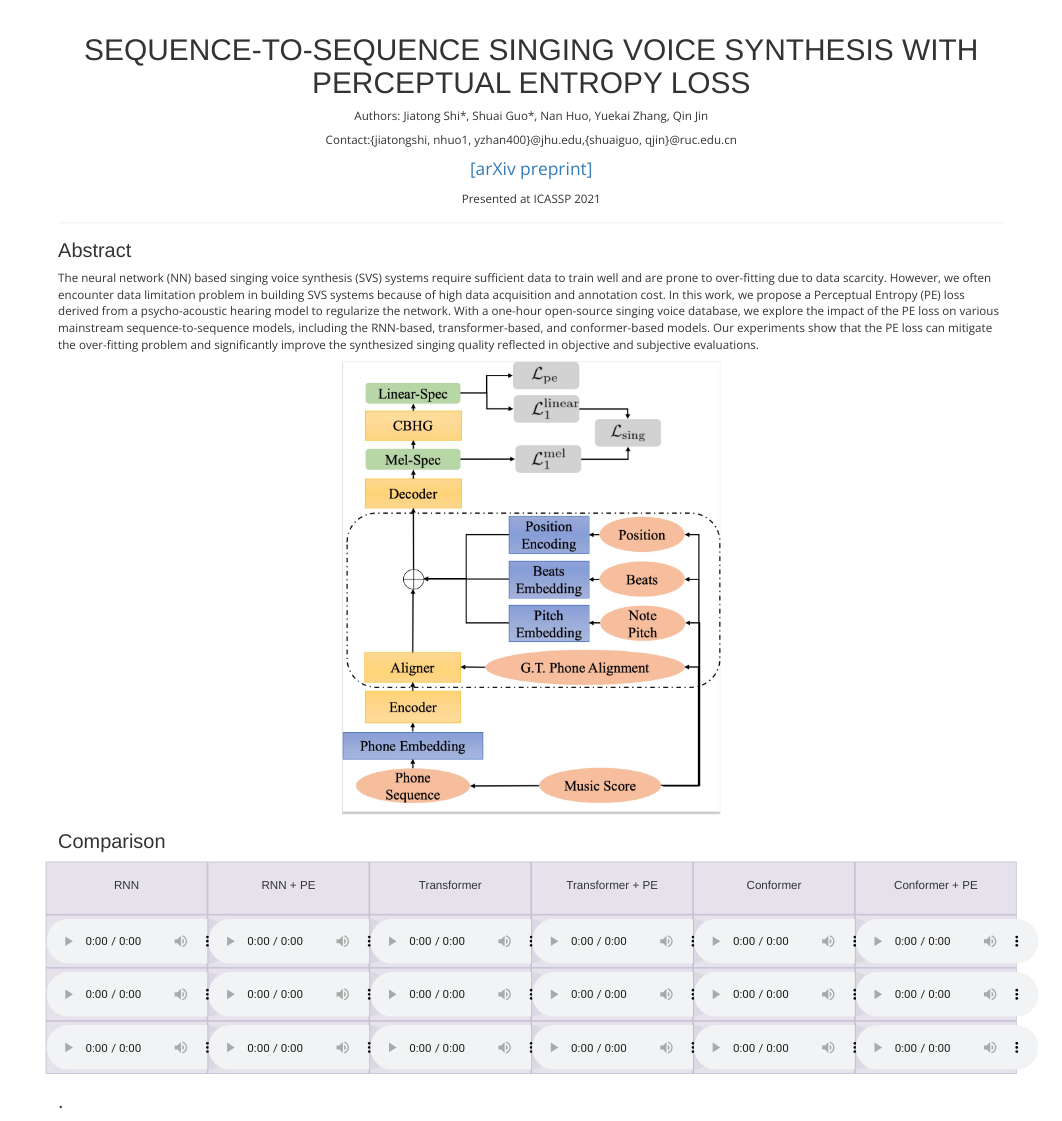
Repository: PeterGuoRuc/SVS_pe.github.io
Page: index.html
These files come from the project's save history. The page is drawn as it stood at one moment and after the next save; the edit follows.
The browser window is 1280 px wide. The pictures show the whole page, at 83% of full size.

Above is the page before, as saved 2021-06-06 17:05:41.

### index.html
<!DOCTYPE html>
<html lang="en">
  <head>
    <meta charset="utf-8">
    <meta http-equiv="X-UA-Compatible" content="IE=edge">
    <meta name="viewport" content="width=device-width, initial-scale=1">
    <meta name="description" content="">
    <meta name="author" content="">
    <link rel="shortcut icon" type="image/x-icon" href="../favicon.ico">

    <title>SEQUENCE-TO-SEQUENCE SINGING VOICE SYNTHESIS WITH PERCEPTUAL ENTROPY LOSS</title>

    <!-- Fonts -->
    <link href="https://fonts.googleapis.com/css?family=Abril+Fatface|Open+Sans" rel="stylesheet">

    <!-- Bootstrap core CSS -->
    <!--<link href="bootstrap/dist/css/bootstrap.min.css" rel="stylesheet">-->
    <link href="https://maxcdn.bootstrapcdn.com/bootstrap/3.3.7/css/bootstrap.min.css" rel="stylesheet">

    <!-- IE10 viewport hack for Surface/desktop Windows 8 bug -->
    <!--<link href="bootstrap/assets/css/ie10-viewport-bug-workaround.css" rel="stylesheet">-->
    <link href="https://maxcdn.bootstrapcdn.com/css/ie10-viewport-bug-workaround.css" rel="stylesheet">

    <!-- Custom styles for this template -->
    <link href="poster.css" rel="stylesheet">

    <!-- Just for debugging purposes. Don't actually copy these 2 lines! -->
    <!--[if lt IE 9]><script src="bootstrap/assets/js/ie8-responsive-file-warning.js"></script><![endif]-->
    <!--<script src="bootstrap/assets/js/ie-emulation-modes-warning.js"></script>-->

    <!-- HTML5 shim and Respond.js for IE8 support of HTML5 elements and media queries -->
    <!--[if lt IE 9]>
      <script src="https://oss.maxcdn.com/html5shiv/3.7.3/html5shiv.min.js"></script>
      <script src="https://oss.maxcdn.com/respond/1.4.2/respond.min.js"></script>
    <![endif]-->
  </head>

  <body>
    <div class="container">

      <div class="page-header">
        <h1>
          SEQUENCE-TO-SEQUENCE SINGING VOICE SYNTHESIS WITH PERCEPTUAL ENTROPY LOSS
        </h1>
        <p class="centered">
          Authors: Jiatong Shi*, Shuai Guo*, Nan Huo, Yuekai Zhang, Qin Jin
        </p>
        <p class="centered">
          Contact:{jiatongshi, nhuo1, yzhan400}@jhu.edu,{shuaiguo, qjin}@ruc.edu.cn
        </p>
        <p class="lead">
          <a class="lead_link" href="https://arxiv.org/abs/2010.12024">[arXiv preprint]</a>
        </p>
        <p class="centered">Presented at ICASSP 2021</p>
      </div>

      <h3>Abstract</h3>
      <p>The neural network (NN) based singing voice synthesis (SVS) systems require sufficient data to train well and are prone to over-fitting due to data scarcity.
        However, we often encounter data limitation problem in building SVS systems because of high data acquisition and annotation cost.
        In this work, we propose a Perceptual Entropy (PE) loss derived from a psycho-acoustic hearing model to regularize the network.
        With a one-hour open-source singing voice database, we explore the impact of the PE loss on various mainstream sequence-to-sequence models, including the RNN-based, transformer-based, and conformer-based models.
        Our experiments show that the PE loss can mitigate the over-fitting problem and significantly improve the synthesized singing quality reflected in objective and subjective evaluations.
      </p>

      <center><img src="images/svs_model.jpg" height="40%" width="40%"></center>

      <h3>Comparison</h3>
      <div class="row">
        <div class="col-md-2">RNN</div>
        <div class="col-md-2">RNN + PE</div>
        <div class="col-md-2">Transformer</div>
        <div class="col-md-2">Transformer + PE</div>
        <div class="col-md-2">Conformer</div>
        <div class="col-md-2">Conformer + PE</div>
      </div>
      <div class="row">
        <div class="col-md-2"><audio src="files/1_Feel_4.mp3" controls></audio></div>
        <div class="col-md-2"><audio src="files/2_Feel_4.mp3" controls></audio></div>
        <div class="col-md-2"><audio src="files/2_Feel_4.mp3" controls></audio></div>
        <div class="col-md-2"><audio src="files/2_Feel_4.mp3" controls></audio></div>
        <div class="col-md-2"><audio src="files/3_Feel_4.mp3" controls></audio></div>
        <div class="col-md-2"><audio src="files/4_Feel_4.mp3" controls></audio></div>
      </div>
      <div class="row">
        <div class="col-md-2"><audio src="files/1_Feel_4.mp3" controls></audio></div>
        <div class="col-md-2"><audio src="files/2_Feel_4.mp3" controls></audio></div>
        <div class="col-md-2"><audio src="files/2_Feel_4.mp3" controls></audio></div>
        <div class="col-md-2"><audio src="files/2_Feel_4.mp3" controls></audio></div>
        <div class="col-md-2"><audio src="files/3_Feel_4.mp3" controls></audio></div>
        <div class="col-md-2"><audio src="files/4_Feel_4.mp3" controls></audio></div>
      </div>
      <div class="row">
        <div class="col-md-2"><audio src="files/1_Feel_4.mp3" controls></audio></div>
        <div class="col-md-2"><audio src="files/2_Feel_4.mp3" controls></audio></div>
        <div class="col-md-2"><audio src="files/2_Feel_4.mp3" controls></audio></div>
        <div class="col-md-2"><audio src="files/2_Feel_4.mp3" controls></audio></div>
        <div class="col-md-2"><audio src="files/3_Feel_4.mp3" controls></audio></div>
        <div class="col-md-2"><audio src="files/4_Feel_4.mp3" controls></audio></div>
      </div>

      <h3>.</h3>


    </div> <!-- /container -->


    <!-- IE10 viewport hack for Surface/desktop Windows 8 bug -->
    <!--<script src="bootstrap/assets/js/ie10-viewport-bug-workaround.js"></script>-->
    <script src="https://maxcdn.bootstrapcdn.com/js/ie10-viewport-bug-workaround.js"></script>
  </body>
</html>

### poster.css

p {
  font-family: 'Open Sans', sans-serif;
  margin: 10px 0 10px;
}

.lead_link {
  margin: 0 5px 0 5px;
}

.lead {
  text-align: center;
  margin-bottom: 0;
}

.centered {
  text-align: center;
}

.image_title {
  text-align: center;
}

img.figure {
  display: block;
  margin-left: auto;
  margin-right: auto;
  max-width: 100%;
}

h1 {
  /* font-family: 'Abril Fatface', cursive; */
  text-align: center;
}

h4 {
  margin-top: 25px;
}
.row {
  margin-bottom: 0px;
  position: relative;
}

/* vertically center audio players */
.row audio {
    position: absolute;
    top: 0;
    left: 0;
    bottom: 0;
    right: 0;
    margin: auto;
    display: block;
    width: 220px;
}

[class*="col-"] {
  padding-top: 17px;
  padding-bottom: 17px;
  background-color: #eee;
  background-color: rgba(86,61,124,.15);
  border: 1px solid #ddd;
  border: 1px solid rgba(86,61,124,.2);
  height: 64px;
  text-align: center;
}

hr {
  margin-top: 40px;
  margin-bottom: 40px;
}

After the next save:
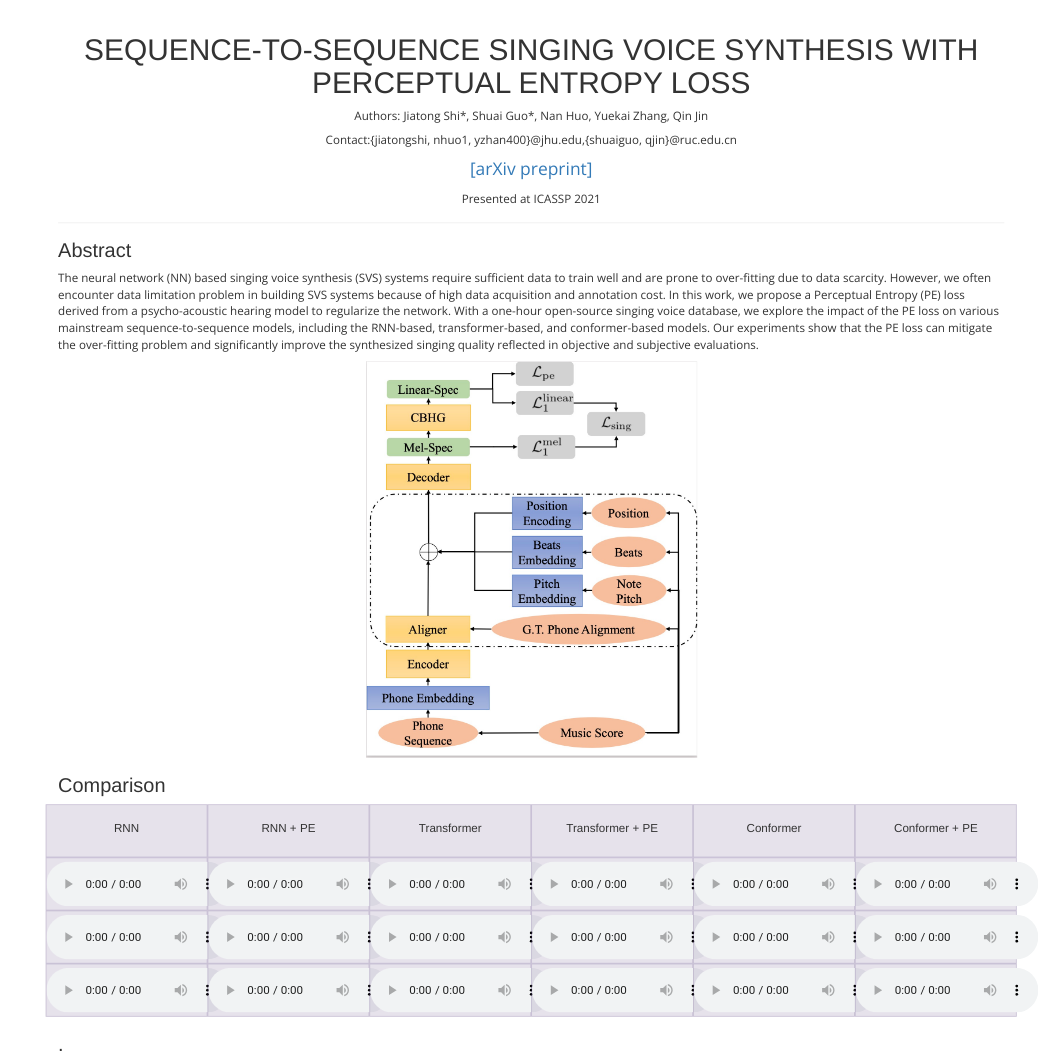
Saved 83 s later.
--- a/index.html
+++ b/index.html
@@ -62,7 +62,7 @@
         Our experiments show that the PE loss can mitigate the over-fitting problem and significantly improve the synthesized singing quality reflected in objective and subjective evaluations.
       </p>
 
-      <center><img src="images/svs_model.jpg" height="40%" width="40%"></center>
+      <center><img src="images/svs_model.jpg" height="35%" width="35%"></center>
 
       <h3>Comparison</h3>
       <div class="row">
